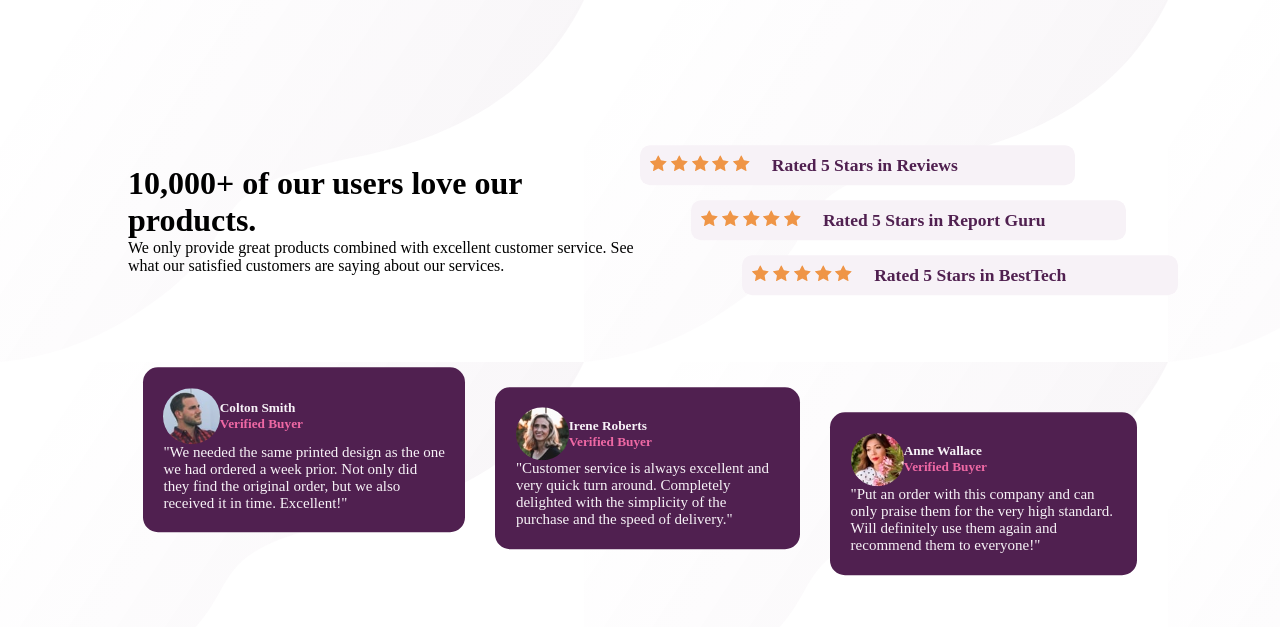
Repository: superZXMzzl/FrontendMentor
Page: social-proof-section-master/index.html
The author's editor kept a copy of each file at every save. The page is drawn from the files as they stood at one save, then again after the next save.
The browser window is 1280 px wide. The pictures show the whole page.

Above is the page before, as saved 2022-05-10 11:28:02.

After the next save:
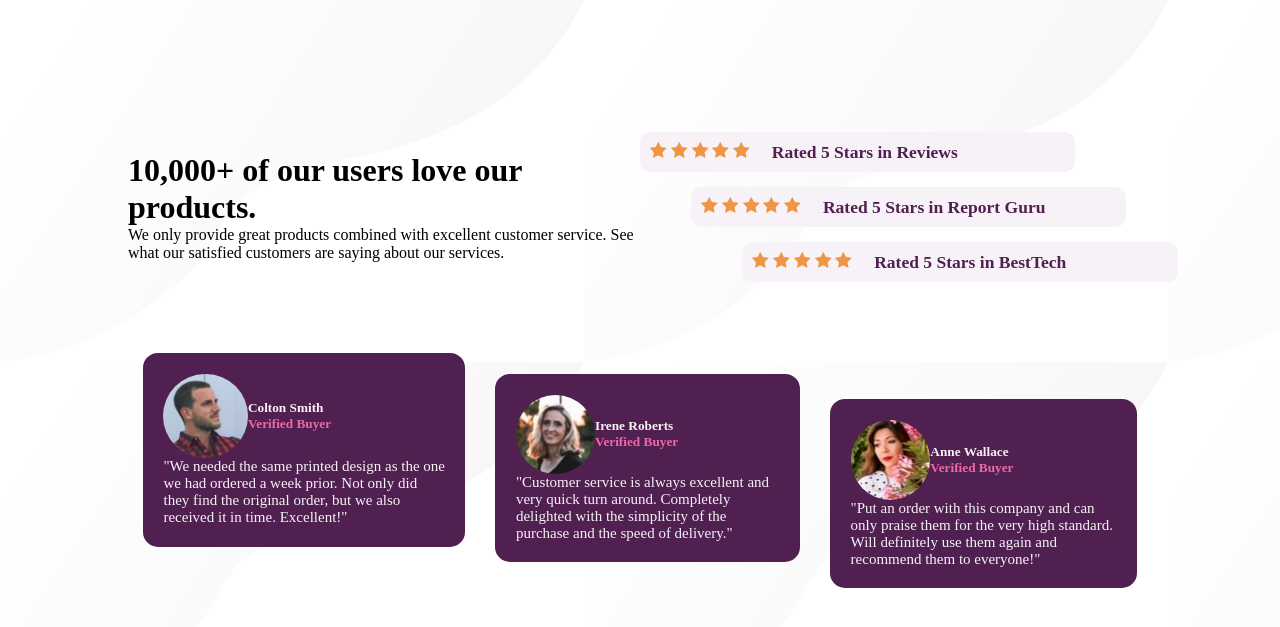
Saved 6 s later.
--- a/social-proof-section-master/style.css
+++ b/social-proof-section-master/style.css
@@ -79,7 +79,7 @@ body {
 .avatar {
     border-radius: 100%;
     overflow: hidden;
-    width: 20%;
+    width: 30%;
 }
 
 .ii {
